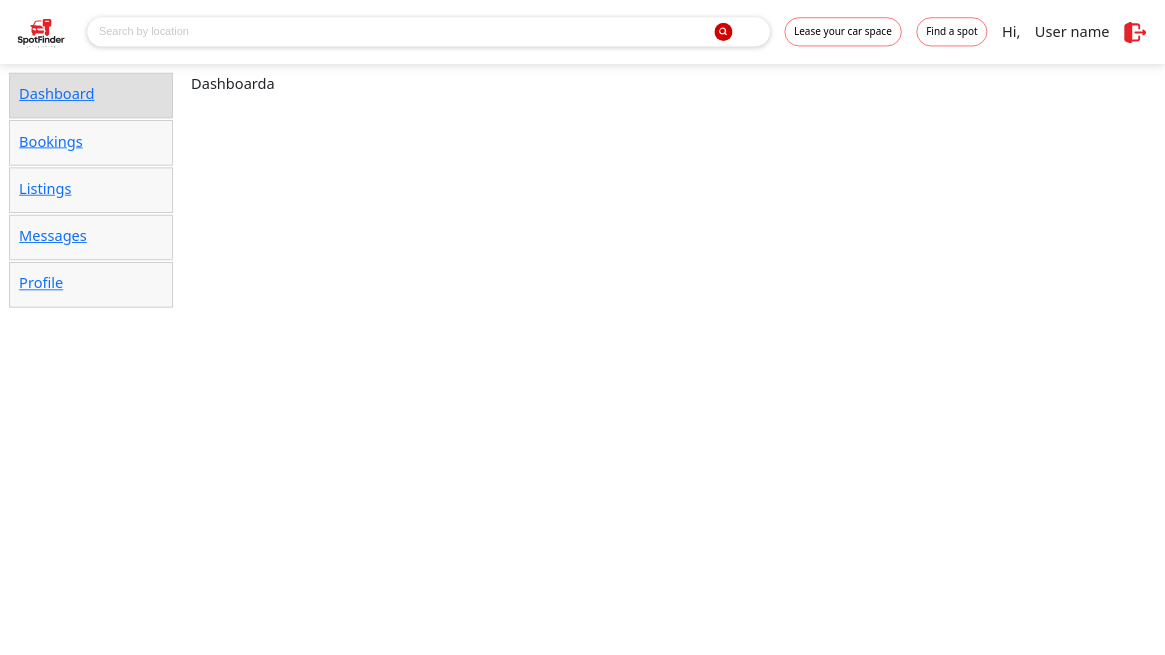
Repository: UNSWSpotFinder/SpotFinder
Page: /dashboard (app in frontend/)
An editor plug-in stored every save of this project. The page is shown before and after the next save, followed by the edit.
The browser window is 1280 px wide. The pictures show the whole page, at 91% of full size.
The project was rebuilt for these pictures with package versions that can differ from the ones it lists, and the page was loaded fresh each time. Also part of the build but not shown: frontend/src/Login.css, frontend/src/Login.jsx, frontend/src/Regist.css, frontend/src/Regist.jsx, frontend/src/HomePage.jsx, frontend/src/App.css, frontend/src/components/Bookings.jsx, frontend/src/components/Listings.jsx and 2 more.

Above is the page before, as saved 2024-03-09 20:32:51.

### frontend/src/App.jsx
import logo from './logo.svg';
import React, {
  useState,
  useEffect,
  useRef,
  ChangeEvent,
  LabelHTMLAttributes,
  createContext,
  useContext,
  ReactNode,
} from 'react';
import {HomePageLarge,HomePageAdminSmall,HomePageAdminLarge,HomePageSmall} from './HomePage';
import { ErrorProvider, GlobalSnackbar, ErrorContext } from './API';
import { BrowserRouter, Routes, Route, Link } from 'react-router-dom';
import './App.css';

// 导入Dashboard相关页面组件
import DashboardTop from './components/DashboardTop';
import Dashboard from './components/Dashboard';
import Bookings from './components/Bookings';
import Listings from './components/Listings';
import Profile from './components/Profile';
import Messages from './components/Messages';

function App() {
  const [windowWidth, setWindowWidth] = useState(window.innerWidth);
  useEffect(() => {
    // 添加一个事件监听器，以便在窗口大小改变时更新windowWidth状态
    const handleResize = () => {
      setWindowWidth(window.innerWidth);
    };
    window.addEventListener('resize', handleResize);
    // 清除事件监听器以避免内存泄漏
    return () => {
      window.removeEventListener('resize', handleResize);
    };
  }, []);
  let layoutComponentHost;
  let LayoutComponentHome;
  let LayoutDetail;
  if (windowWidth > 760) {
    layoutComponentHost = null;
    LayoutComponentHome = <HomePageLarge/>;
    LayoutDetail = null;
  } else {
    layoutComponentHost = null;
    LayoutComponentHome = <HomePageSmall/>;;
    LayoutDetail = null;
  }
  return(
    <ErrorProvider>
      <GlobalSnackbar/>
        <BrowserRouter>
          <Routes>
            <Route path="/user/*" element={LayoutComponentHome} />
            {/* DashboardTop作为父路由 */}
            <Route path="/dashboard" element={<DashboardTop />}>
            <Route index element={<Dashboard />} />
            <Route path="bookings" element={<Bookings />} />
            <Route path="listings" element={<Listings />} />
            <Route path="messages" element={<Messages />} />
            <Route path="profile" element={<Profile />} />
          </Route>
            {/* Keep the wildcard route to catch all and render Home */}
            <Route path="/*" element={LayoutComponentHome} />
          </Routes>
        </BrowserRouter>
    </ErrorProvider>
  )
}

export default App;

### frontend/src/API.jsx
import Alert from '@mui/material/Alert';
import Snackbar from '@mui/material/Snackbar';
import Button from '@mui/material/Button';
import Stack from '@mui/material/Stack';
import React, { useState, useEffect, createContext,useContext } from 'react';

import { styled } from '@mui/material';
const port = '8080';
export const meetErrorLog = (error) => {
    console.log(error);
    let errorText = '';
    // switch case to show the error
    switch (error) {
      case 'info':
        errorText = 'Invalid username or password !';
        break;
      case 'access':
        errorText = 'No permission, please log in first!';
        break;
      default:
        errorText = 'Network error! Please try again.';
        break;
    }
    return errorText;
  };
export const ErrorContext = createContext({
    snackbarData: { severity: 'info', message: '1',timestamp: new Date().getTime()},
    setOpenSnackbar: () => {}, // 提供一个空函数避免调用时出错
  });
export const useError = () => useContext(ErrorContext);
export const ErrorProvider = ({ children }) => {
  const [snackbarData, setSnackbarData] = useState({
    severity: 'success',
    message: '',
    timestamp: new Date().getTime()
  });
  const setOpenSnackbar = (data) => {
    setSnackbarData(data);
  };
  return (
    <ErrorContext.Provider value={{snackbarData,setOpenSnackbar}}>
      {children}
    </ErrorContext.Provider>
  );
};
// The message to be displayed in the Snackbar
export const GlobalSnackbar = () => {
const { snackbarData, setOpenSnackbar } = useError();
// State to manage the visibility of the Snackbar
const [open, setOpen] = useState(false);
  useEffect(() => {
    console.log('Alert severity:', snackbarData.severity);
    console.log('Alert :', snackbarData.message);
    if (snackbarData.message) {
      setOpen(true);
    }
  }, [snackbarData.message, snackbarData.timestamp]);

  const handleClose = (event, reason) => {
    if (reason === 'clickaway') {
      return;
    }
    setOpen(false);
  };

return (
    // Snackbar component with automatic hiding and custom styling
    <Snackbar open={open} autoHideDuration={6000} onClose={handleClose}>
        <Alert onClose={handleClose} severity={snackbarData.severity}>
        {snackbarData.message}
        </Alert>
  </Snackbar>
);
};
export const callAPIsendEmailCode = (path,input)=>{
    return new Promise((resolve, reject) =>{
        fetch('http://localhost:'+String(port)+'/'+String(path),{
        method:'POST',
        headers: { 'Content-Type': 'application/json' },
        body:JSON.stringify(input),
        })
        .then((response)=>{
            if(response.ok){
                console.log('success');
                console.log(response);
                return resolve(response);
            }
            else if (response.status===400){
                const errorReason = 'Email not correct!';
                return reject(errorReason);
            }
            else{
                const errorReason = 'There is a problem with the network connection!';
                return reject(errorReason);
            }
        })
        .catch((error)=>{
            console.log(error);
        })
    })

}
export const callAPIverifyEmailCode = (path,input)=>{
    return new Promise((resolve, reject) =>{
        console.log(input);
        console.log('http://localhost:'+String(port)+'/'+String(path));
        fetch('http://localhost:'+String(port)+'/'+String(path),{
        method:'POST',
        headers: { 'Content-Type': 'application/json' },
        body:JSON.stringify(input),
        })
        .then((response)=>{
            if(response.ok){
                console.log('success');
                return resolve(response.json());
            }
            else if (response.status===400){
                const errorReason = 'Incorrect verification code.';
                return reject(errorReason);
            }
            else{
                const errorReason = 'There is a problem with the network connection!';
                return reject(errorReason);
            }
        })
        .catch((error)=>{
            console.log(error);
        })
    })

}
export const callAPIloginUser=(path,input)=>{

}
// 用户注册
export const callAPIRegistUser=(path,input)=>{
     return new Promise((resolve, reject) =>{
        console.log(input);
        console.log('http://localhost:'+String(port)+'/'+String(path));
        fetch('http://localhost:'+String(port)+'/'+String(path),{
        method:'POST',
        headers: { 'Content-Type': 'application/json' },
        body:JSON.stringify(input),
        })
        .then((response)=>{
            if(response.ok){
                console.log('success');
                return resolve(response.json());
            }
            else if (response.status===417){
                const errorReason = 'This email has been registed!';
                return reject(errorReason);
            }
            else{
                const errorReason = 'There is a problem with the network connection!';
                return reject(errorReason);
            }
        })
        .catch((error)=>{
            console.log(error);
        })
    })
}
// 用户登录
export const callAPILoginUser=(path,input)=>{
    return new Promise((resolve, reject) =>{
       console.log(input);
       console.log('http://localhost:'+String(port)+'/'+String(path));
       fetch('http://localhost:'+String(port)+'/'+String(path),{
       method:'POST',
       headers: { 'Content-Type': 'application/json' },
       body:JSON.stringify(input),
       })
       .then((response)=>{
           if(response.ok){
               console.log('success');
               return resolve(response.json());
           }
           else if (response.status===401){
               const errorReason = 'Username does not exist or password is incorrect!';
               return reject(errorReason);
           }
           else{
               const errorReason = 'There is a problem with the network connection!';
               return reject(errorReason);
           }
       })
       .catch((error)=>{
           console.log(error);
       })
   })
}
// 密码修改
export const callAPIResetPwdUser=(path,input)=>{
    return new Promise((resolve, reject) =>{
       console.log(input);
       console.log('http://localhost:'+String(port)+'/'+String(path));
       fetch('http://localhost:'+String(port)+'/'+String(path),{
       method:'POST',
       headers: { 'Content-Type': 'application/json' },
       body:JSON.stringify(input),
       })
       .then((response)=>{
           if(response.ok){
               console.log('success');
               return resolve(response.json());
           }
           else if (response.status===401){
               const errorReason = 'Username does not exist or password is incorrect!';
               return reject(errorReason);
           }
           else{
               const errorReason = 'There is a problem with the network connection!';
               return reject(errorReason);
           }
       })
       .catch((error)=>{
           console.log(error);
       })
   })
}

### frontend/src/components/DashboardTop.jsx
import React from 'react';
import { NavLink, Outlet } from 'react-router-dom';
import './DashboardTop.css';
import '../HomePage.css';

const DashboardTop = () => {
  return (
    <div className="dashboard-top">
      <div className="Navbar">
        {/* Logo图像 */}
        <img src='/img/LOGO.svg' className='Applogo'></img>
        {/* 搜索区域 */}
        <div className='SearchPart'>
          <img className='searchbtn' src='/img/search.png'></img>
          <input className='Searchbar' placeholder='Search by location'></input>
        </div>
        <button className='top-button'>Lease your car space</button>
        <button className='top-button'>Find a spot</button>
        <span>Hi, </span>
        <span>User name </span>
        <button className="button-with-image">
          <img src='/img/SignOut.svg' alt='Sign Out' className='sign-out-img' />
        </button>
      </div>

      {/* Top以下区域 */}
      <div className="content-area">
        {/* 侧边栏 */}
        <div className="side-nav">
          <NavLink to="/dashboard" className={({ isActive }) => isActive ? 'side-nav-spcific active' : 'side-nav-spcific'}>Dashboard</NavLink>
          <NavLink to="/dashboard/bookings" className={({ isActive }) => isActive ? 'side-nav-spcific active' : 'side-nav-spcific'}>Bookings</NavLink>
          <NavLink to="/dashboard/listings" className={({ isActive }) => isActive ? 'side-nav-spcific active' : 'side-nav-spcific'}>Listings</NavLink>
          <NavLink to="/dashboard/messages" className={({ isActive }) => isActive ? 'side-nav-spcific active' : 'side-nav-spcific'}>Messages</NavLink>
          <NavLink to="/dashboard/profile" className={({ isActive }) => isActive ? 'side-nav-spcific active' : 'side-nav-spcific'}>Profile</NavLink>

        </div>
        {/* 主要内容区域 */}
        <div className="main-content">
          <Outlet />
        </div>
      </div>
    </div>
  );
};

export default DashboardTop;

### frontend/src/components/Dashboard.jsx
import React from 'react';
import DashboardTop from './DashboardTop';

const Dashboard = () => {
  // 组件的状态和逻辑

  return (
    <div className='Dashboard'>
      {/* 组件的JSX结构 */}
      Dashboarda
    </div>
  );
}

export default Dashboard;

### frontend/src/HomePage.css
.HomeOverall {
    width: 100%;
    height: 100%;
    margin: 0px;
    padding: 0px;
    display: flex;
    flex-direction: column;
    align-items: center;
}
div.Navbar{
    width: 100%;
    height: 70px;
    margin: 0px 0px 0px 0px;
    padding: 0px 10px 0px 0px;
    display: flex;
    align-items: center;
    justify-content: space-between;
    box-shadow: 0px 0px 10px 0px rgba(164, 164, 164, 0.5);
}
div.SearchPart{
    width: calc(100% - 520px);
    min-width: 200px;
    height: 100%;
    margin: 0px;
    padding: 0px;
    display: flex;
    justify-content: center;
    align-items: center;
    align-content: center;
    flex-direction: row;
}
div.SearchPartsmall{
    width: calc(100% - 320px);
    height: 100%;
    margin: 0px;
    padding: 0px;
    display: flex;
    justify-content: center;
    align-items: center;
    align-content: center;
    flex-direction: row;
}
input.Searchbar{
    width: 100%;
    border-radius: 25px;
    padding-left: 13px;
    height: 45%;
    border: 0px;
    transition: box-shadow 0.3s;
    box-shadow: 0px 1px 5px 1px rgba(170, 170, 170, 0.5);
    position: relative;
    font-size: 12px;
    font-family:Arial, Helvetica, sans-serif;
}
input.Searchbar::placeholder{
    color: rgb(200, 200, 200);
}
img.searchbtn{
    border-radius: 20px;
    width: 20px;
    height: 20px;
    margin: 0px 0px 0px 10px;
    padding: 5px;
    right: 475px;
    position: absolute;
    z-index: 1;
    background-color: rgb(210, 0, 0);
    cursor: pointer;
}
img.searchbtnsmall{
    border-radius: 20px;
    width: 20px;
    height: 20px;
    margin: 0px;
    padding: 5px;
    right: 260px;
    position: absolute;
    z-index: 1;
    background-color: rgb(210, 0, 0);
    cursor: pointer;
}
input.Searchbar:hover{
    box-shadow: 0px 1px 10px 1px rgba(164, 164, 164, 0.5);
}
img.searchbtn:hover + .Searchbar {
    box-shadow: 0px 1px 10px 1px rgba(164, 164, 164, 0.5);
}
img.searchbtnsmall:hover + .Searchbar {
    box-shadow: 0px 1px 10px 1px rgba(164, 164, 164, 0.5);
}
button.newspace{
    border-radius: 30px;
    min-width: 200px;
    max-width: 200px;
    font-weight: bold;
    border: 0px;
    margin-left: 20px;
    height: 50%;
    background-color: rgb(250, 250, 250);
    border: 1px solid rgb(230, 230, 230);
    color: rgb(114, 114, 114);
    transition: 0.3s;
    font-size: 12px;
    cursor: pointer;
}
button.newspace:hover{
    color: rgb(0, 0, 0);
    background-color: rgb(230, 230, 230);
}
div.signwarper{
    margin: 0px 10px 0px 0px;
    height: 100%;
    display: flex;
    align-items: center;
}
button.sign{
    border-radius: 5px;
    width: 100px;
    font-weight: bold;
    border: 0px;
    margin-left:15px;
    height: 50%;
    background-color: rgb(255, 255, 255);
    border: 1px solid rgb(0, 0, 0);
    transition: 0.3s;
    font-size: 12px;
    cursor: pointer;
}
button.sign:hover{
    background-color: rgb(230, 230, 230);
}
input:focus {
    outline: none;
}
img.Applogo{
    height: 100%;
    margin: 0px 0px 0px 10px;
}
p.image-container-title{
    font-weight: 800;
    font-family: Arial;
    position: absolute;
    top: calc(10vw); /* 根据需要调整 */
    left: 5%; /* 根据需要调整 */
    width: 60%;
    color: rgb(0, 0, 0); /* 文字颜色 */
}
p.image-container-title-small{
    font-weight: 800;
    font-size: 20px;
    font-family: Arial;
    position: absolute;
    top: calc(15vw); /* 根据需要调整 */
    left: 5%; /* 根据需要调整 */
    width: 60%;
    color: rgb(0, 0, 0); /* 文字颜色 */
}
p.image-container-sub{
    font-weight: 400;
    font-family: Arial;
    position: absolute;
    left: 5%; /* 根据需要调整 */
    color: rgb(0, 0, 0); /* 文字颜色 */
}
p.image-container-sub-small{
    font-size: 12px;
    font-weight: 400;
    width: 44%;
    top: calc(28vw);
    font-family: Arial;
    position: absolute;
    left: 5%; /* 根据需要调整 */
    color: rgb(0, 0, 0); /* 文字颜色 */
}
p.image-container-txt{
    font-weight: 200;
    font-family: Arial;
    position: absolute;
    left: 5%; /* 根据需要调整 */
    width: 40%;
    color: rgb(0, 0, 0); /* 文字颜色 */
}
p.image-container-txt-small{
    font-size: 12px;
    font-weight: 400;
    width: 40%;
    top: calc(42vw);
    font-weight: 200;
    font-family: Arial;
    position: absolute;
    left: 5%; /* 根据需要调整 */
    color: rgb(0, 0, 0); /* 文字颜色 */
}
@media (max-width: 1200px) {
    p.image-container-sub{
        font-size: 19.0px;
        top: calc(25vw); /* 根据需要调整 */
        width: 45%;
    }
    p.image-container-txt{
        font-size: 20px;
        top: calc(40vw); /* 根据需要调整 */
    }
    p.image-container-title{
        font-size: 30px;
    }
}
@media (min-width: 1200px) {
    p.image-container-sub{
        font-size: 25px;
        width: 40%;
        top: calc(24vw); /* 根据需要调整 */
    }
    p.image-container-txt{
        font-size: 25px;
        top: calc(38vw); /* 根据需要调整 */
    }
    p.image-container-title{
        font-size: 45px;
    }
}

div.FilterPart{
    height: 80px;
    width: 100%;
    padding: 5px;
    background-color: #f9f9f9;
    display: flex;
    justify-content: space-between;
    align-items:center;
}
div.FilterPart-small{
    height: 155px;
    width: 100%;
    background-color: #f9f9f9;
    display: flex;
    flex-direction: column;
    justify-content: space-between;
    padding: 10px 10px 10px 10px;
    border-bottom: 1px solid rgb(238, 238, 238);
}

div.filter-top{
    display: flex;
    align-items: center;
    justify-content: space-between;
}
div.inner-left{
    display: flex;
    flex-direction: column;
    height: 100%;
    margin-right: 20px;
}
select.mglr{
    margin: 0px 5px 0px 0px;
    width: 10%;
    min-width: 130px;
    height: 70%;
    font-size: 12px;
    border-radius: 20px;
}
select.mglr-s{
    margin: 0px 5px 5px 0px;
    width: 10%;
    min-width: 130px;
    font-size: 12px;
    border-radius: 20px;
}
select.mglr-r{
    margin: 0px 5px 0px 0px;
    width: 10%;
    min-width: 90px;
    height: 70%;
    font-size: 12px;
    border-radius: 20px;
}
select.mglr-s-r{
    margin: 0px 5px 0px 0px;
    width: 100px;
    min-width: 90px;
    height: 70%;
    font-size: 12px;
    border-radius: 20px;
}
.popular{
    background-color: white !important;
    color: black !important;
}
div.pricerange{
    display: flex;
    flex-direction: column;
    height: 100%;
    justify-content: center;
    align-items: center;
    padding: 0px;
    margin: 0px;
    margin-left: 5px;
    align-items: center;
}
label.pricerange{
    font-size: 13px;
    font-weight: 500;
    color: black;
    padding: 0px;
}
input.pricerange{
    width: 50px;
    height: 50%;
    font-size: 14px;
    border-radius: 10px;
    border-width: 1px;
    border-style: solid;
    border-color: rgb(0, 0, 0);
    margin: 0px;
    padding: 0px 5px;
}
label.pricerange-s{
    font-size: 15px;
    font-weight: 500;
    color: black;
    padding: 0px 5px 0px 0px;
}
input.pricerange-s{
    height: 60%;
    width: 60%;
    font-size: 16px;
    border-radius: 10px;
    border-width: 1px;
    border-style: solid;
    border-color: rgb(0, 0, 0);
    margin: 0px 5px 0px 0px;
    padding: 0px 5px;
}
.timechoice{
    width: 20%;
    margin: 0px 5px 0px 0px;
}
.timechoice-s{
    margin: 0px 10px;
    width: 40%;
}
div.hflex{
    display: flex;
    height: 100%;
    align-items: center;
}
button.selectcar{
    width: 140px;
    font-size: 10px;
    height: 50px;
    background-color: black;
    color: white;
    font-weight: 500;
    border: 0px;
    border-radius: 10px;
    transition: 0.3s;
    margin-left: 5px;
}
button.selectcar:hover{
    background-color: rgb(55, 55, 55);
    color: rgb(255, 255, 255);
}
div.marginLR{
    display: flex;
    margin: 0px 5px;
    width: 100%;
}
div.ListingPart{
    width: 100%;
    margin-top: 15px;
    margin-bottom: 15px;
    padding: 0px 0px 0px 10px;
    display: flex;
    flex-wrap: wrap;
}
div.SpaceOverall{
    height: 135px;
    box-shadow: 0px 0px 10px 0px rgba(164, 164, 164, 0.5);
    border-radius: 10px;
    display: flex;
    align-items: center;
    padding: 0px 7px;
    margin: 0px 10px 10px 0px;
}

@media (max-width: 800px) {
    div.SpaceOverall{
        width: calc(100vw - 15px);
        min-width: 385px;
    }
}

@media (max-width: 1200px) and (min-width:800px) {
    div.SpaceOverall{
        width: calc(50vw - 15px);
        min-width: 385px;
    }
}

@media (min-width: 1200px) {
    div.SpaceOverall{
        width: calc(33.33vw - 14px);
    }
}

img.spaceimg{
    border-radius: 12px;
    object-fit: cover;
}
div.info{
    height:90%;
    margin-left:10px ;
    width: 100%;
}
p.space-title{
    padding: 0px;
    margin: 0px;
    font-size: 16px;
    color: #555555;
}
p.space-price{
    padding: 0px;
    margin: 0px;
    font-size: 12px;
    margin-top: 4px;
    color: #7F7F7F;
}
p.space-location{
    padding: 0px;
    margin: 0px;
    font-size: 12px;
    margin-top: 2px;
    color: #7F7F7F;
}
p.space-type{
    padding: 0px;
    margin: 0px;
    font-size: 12px;
    margin-top: 2px;
    color: #7F7F7F;
    margin-bottom: 2px;
}
div.order-part{
    display: flex;
    margin-top: 7px;
}
img.order-times{
    width: 20px;
    height: 20px;
}
p.times{
    padding: 0px;
    margin: 0px 0px 0px 3px;
    font-size: 13px;
    color: #7F7F7F;
}
div.right-top{
    display: flex;
    flex-direction: row;
    justify-content: space-between;
    width: 100%;
}
div.right-bottom{
    display: flex;
    flex-direction: row;
    justify-content: space-between;
    width: 100%;
    height: 30px;
    margin-bottom: 5px;
}
div.rate-part{
    display: flex;
    justify-content: center;
}
img.rate-img{
    width: 20px;
    height: 20px;
    margin-right: 2px;
}
p.rate-txt{
    color: #333333;
    font-size: 14px;
    margin: 0px;
    padding: 0px;
}
button.specific-info{
    border: 0px;
    background-color:#E22229;
    border-radius: 5px;
    color: white;
    height: 30px;
    width: 180px;
    font-size: 12px;
    font-weight: 500;
    transition: 0.3s;
    margin: 1px 0px;
}
button.specific-info:hover{
    background-color:#ba191e;
}
div.filter-bottom{
    display: flex;
    align-items: center;
    justify-content: space-between;
}

### frontend/src/components/DashboardTop.css
/* DashboardTop.css */

/* 整体布局 */
.dashboard-top {
    display: flex;
    flex-direction: column;
    height: 100vh; /* 使布局填满整个视口高度 */
  }

/* 顶部导航部分 */
.top-button {
    padding: 7px 10px;
    border: 1px solid #f66;
    border-radius: 25px;
    outline: none;
    background-color: #fff;
    cursor: pointer;
    box-shadow: none;
    transition: box-shadow 0.3s;
    font-size: 11px;
  }

  .top-button:hover {
    box-shadow: 0 0 10px #f66; /* 鼠标悬停时的外部阴影 */
  }

  .top-button:active {
    box-shadow: inset 0 0 10px #f66; /* 点击时的内部阴影 */
  }
  .sign-out-img {
    height: 25px;
    margin-right: 10px;
  }

  .button-with-image {
    background: none; /* 无背景 */
    border: none; /* 无边框 */
    padding: 0; /* 无内边距 */
  }




/* TODO: */
/* Top以下区域，包含侧边导航和主内容区 */
   .content-area {
    display: flex;
    flex-grow: 1; /* 占据剩余空间 */
  }

/* 侧边导航样式 */
  .side-nav {
    display: flex;
    flex-direction: column;
    width: 200px; /* 定宽 */

    padding: 10px; /* 内边距 */
  }

  .side-nav-spcific {
    background-color: #f5f5f5; /* 浅色背景 */
    height: 50px;
    margin-bottom: 2px;
    padding: 10px; /* 内边距 */
    border: 1px solid #cccccc; /* 添加底部边框 */
    background-color: #f8f8f8; /* 初始背景颜色 */
    cursor: pointer; /* 鼠标悬停时变为手形图标 */
    transition: background-color 0.3s, box-shadow 0.3s; /* 过渡动画效果 */
  }
  /* 鼠标悬停时的样式 */
  .side-nav-spcific:hover {
    background-color: #ffffff; /* 悬停时的背景颜色变为白色 */
    box-shadow: 0 0 10px rgba(0, 0, 0, 0.2); /* 悬停时的外部阴影效果 */
  }
  /* 点击时的样式 */
  .side-nav-spcific:active {
    box-shadow: inset 0 0 10px rgba(0, 0, 0, 0.2); /* 点击时的内部阴影效果 */
  }

  /* 当前激活的导航项样式 */
  .side-nav-spcific.active {
    background-color: #e0e0e0; /* 选中项的背景颜色 */
    /* 可以添加更多的样式来区分激活的导航项 */
  }

/* 主内容区域样式 */
  .main-content {
    flex-grow: 1; /* 占据剩余空间 */
    padding: 10px; /* 内边距 */
  }

Loaded but not shown: frontend/public/index.html (common file); frontend/src/index.js (common file); frontend/src/index.css (common file); frontend/src/reportWebVitals.js (common file)

After the next save:
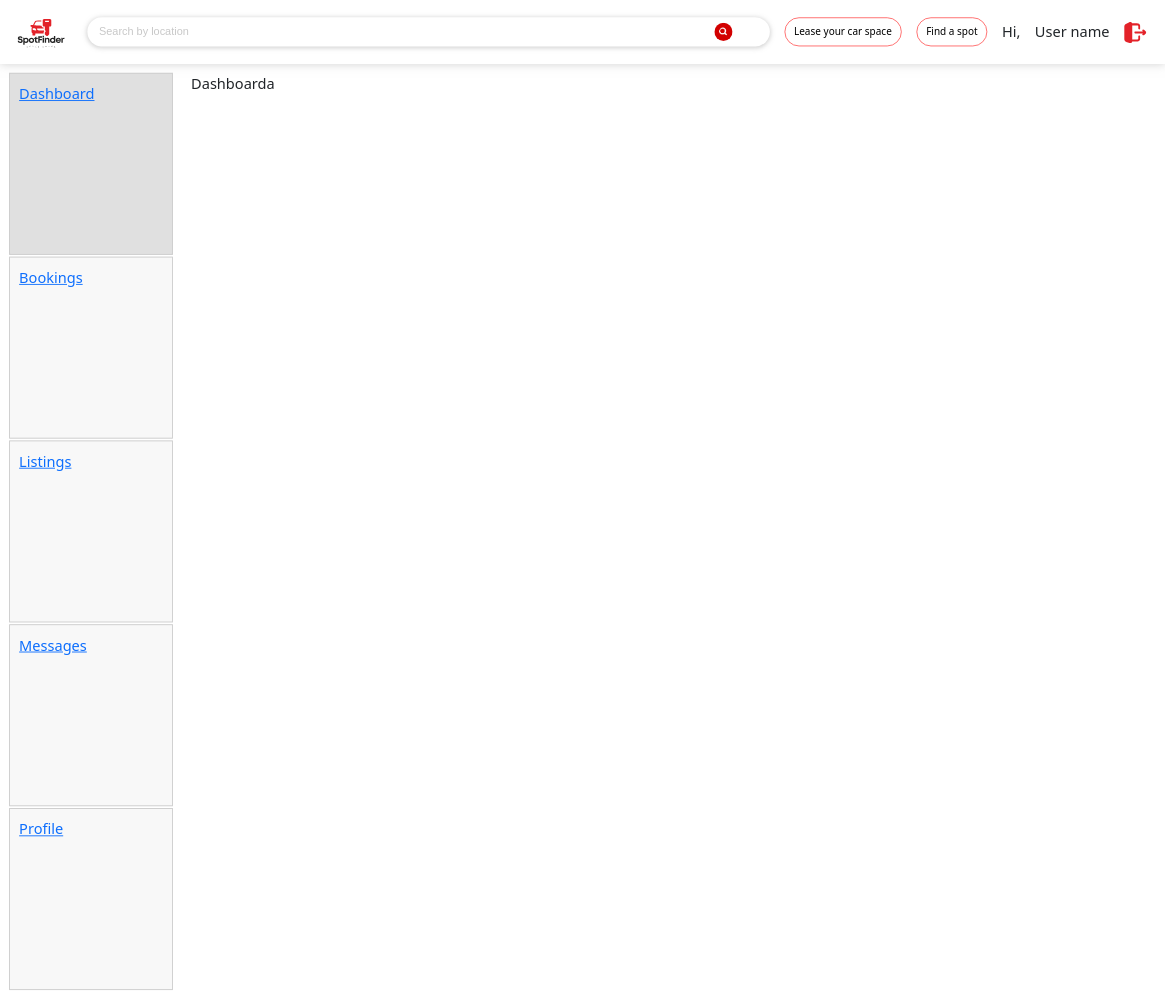
Saved 4 s later.
--- a/frontend/src/components/DashboardTop.css
+++ b/frontend/src/components/DashboardTop.css
@@ -59,7 +59,7 @@
 
   .side-nav-spcific {
     background-color: #f5f5f5; /* 浅色背景 */
-    height: 50px;
+    height: 200px;
     margin-bottom: 2px;
     padding: 10px; /* 内边距 */
     border: 1px solid #cccccc; /* 添加底部边框 */
